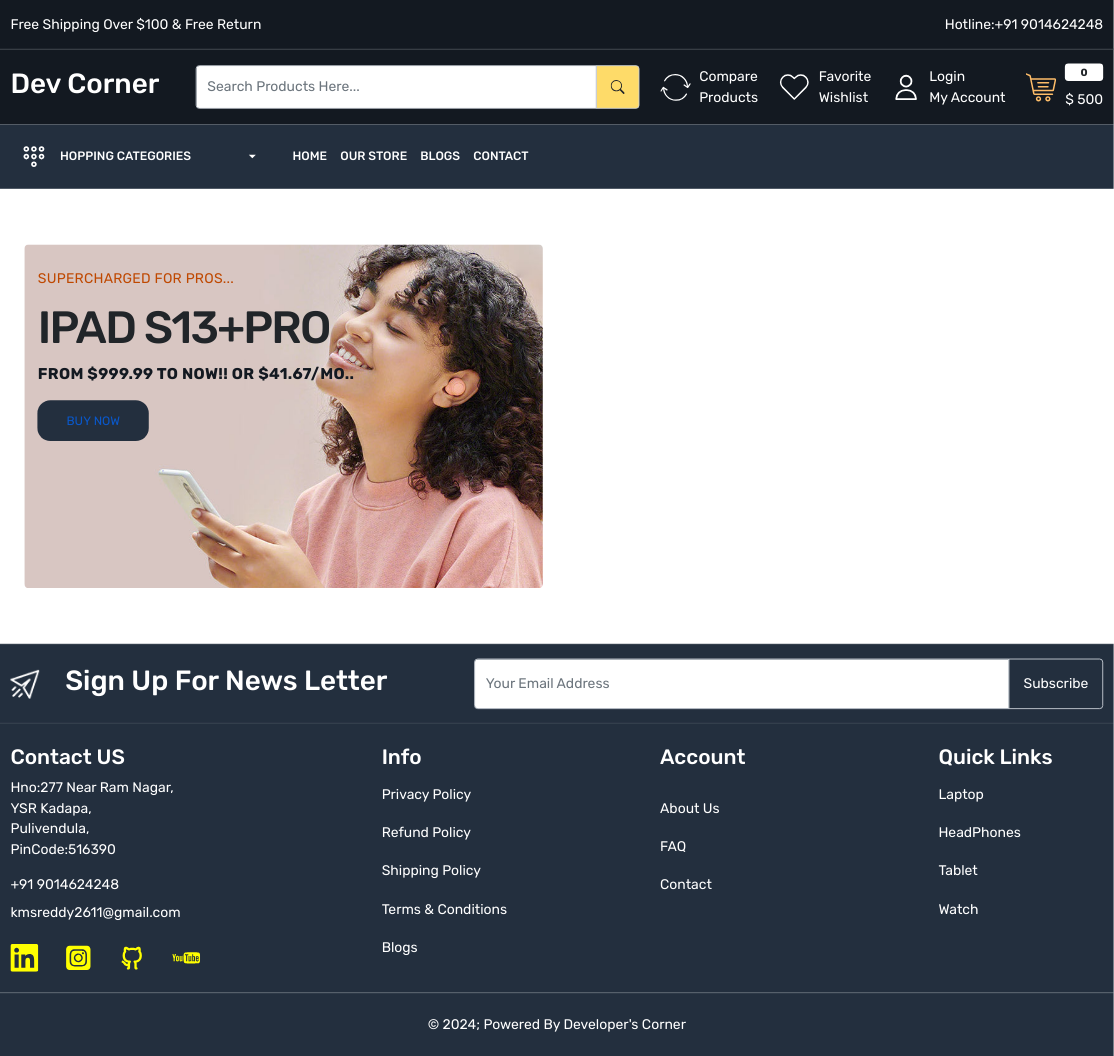
Repository: maniheist/ecommerce-app
Page: /
These files come from the project's save history. The page is drawn as it stood at one moment and after the next save; the edit follows.
The browser window is 1280 px wide. The pictures show the whole page, at 87% of full size.
The pointer rests on the first visible `.button`.
The project was rebuilt for these pictures with package versions that can differ from the ones it lists, and the page was loaded fresh each time. Also part of the build but not shown: src/pages/About.js, src/pages/Contact.js.

Above is the page before, as saved 2024-02-18 18:30:53.

After the next save:
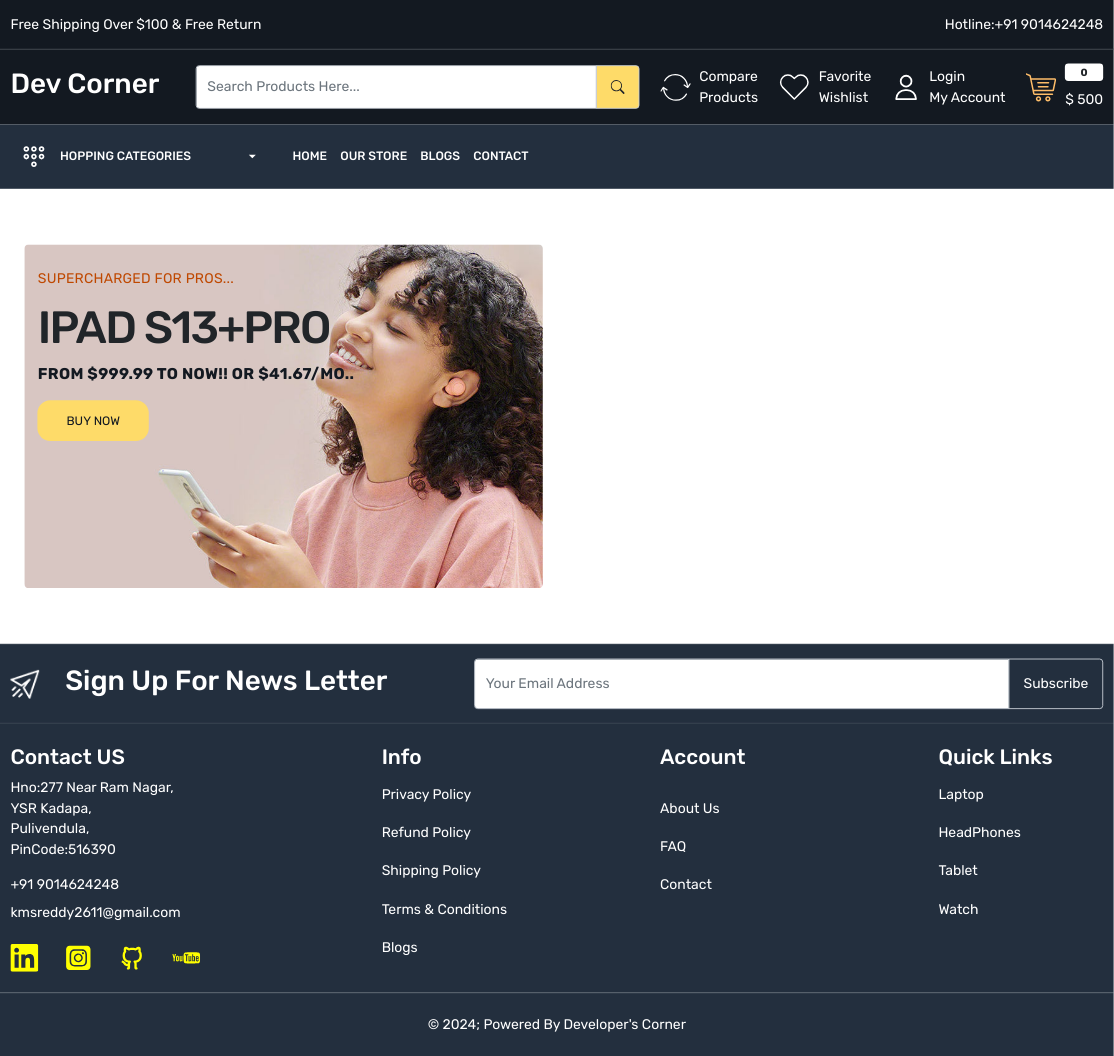
Saved 45 s later.
--- a/src/App.css
+++ b/src/App.css
@@ -18,6 +18,10 @@
   padding: 13px 33px;
   font-size: 14px;
   border-radius: 15px;
+}
+.button:hover{
+  background-color: var(--color-febd69);
+  color:#131921
 }
 body {
   font-family:"Rubik", sans-serif;
